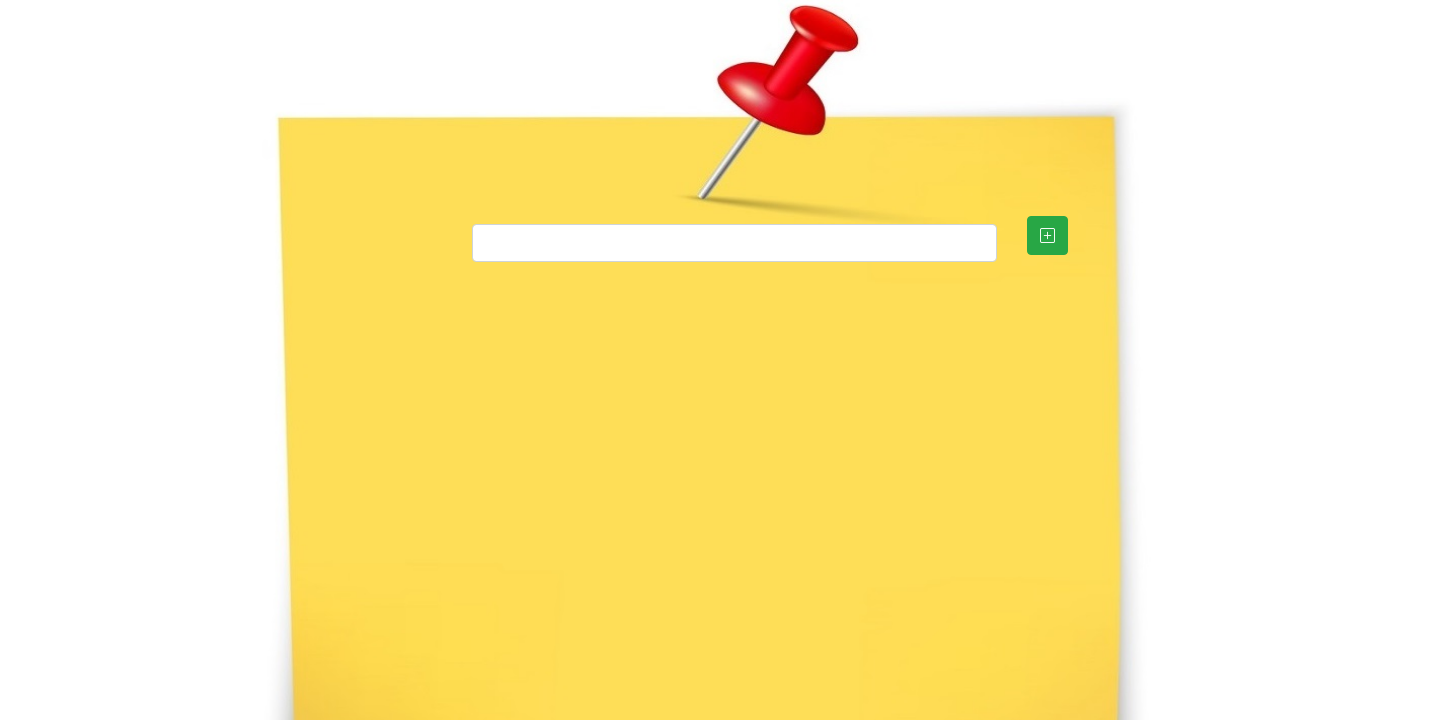
Repository: walaaElbasha/Todo-list-laravel
Page: http://localhost/tasks
An editor plug-in stored every save of this project. The page is shown before and after the next save, followed by the edit.
The browser window is 1280 px wide. The page is 1340 px wide, then 1440 px, so the pictures cover 1440 px, including what lies to the right of the window. The pictures show the whole page.
The page is served by the project's Laravel application, run on PHP 8.4 with Laravel 8. Other server files are loaded and not shown. Style sheets and scripts are compiled from the project's sources, by tool versions that may differ from the author's. Queries for data that is not in the repository find no rows.

Above is the page before, as saved 2021-07-01 14:58:25.

### routes/web.php
<?php

use Illuminate\Support\Facades\Route;
use App\Http\Controllers\TaskController;
/*
|--------------------------------------------------------------------------
| Web Routes
|--------------------------------------------------------------------------
|
| Here is where you can register web routes for your application. These
| routes are loaded by the RouteServiceProvider within a group which
| contains the "web" middleware group. Now create something great!
|
*/

Route::get('/', function () {
    return view('welcome');
});

Route::get('/tasks', [TaskController::class, 'index'])->name('tasks.index');
Route::post('/tasks', [TaskController::class, 'store'])->name('tasks.store');
Route::get('/tasks/{task}/edit', [TaskController::class, 'edit'])->name('tasks.edit');
Route::put('/tasks/{task}', [TaskController::class, 'update'])->name('tasks.update');
Route::delete('/tasks/{task}', [TaskController::class, 'destroy'])->name('tasks.destroy');

### app/Http/Controllers/TaskController.php
<?php

namespace App\Http\Controllers;
use Illuminate\Http\Request;
use App\Http\Requests\TaskRequest;
use App\Models\Task;


class TaskController extends Controller

{

    public function index()
    {
        $allTasks = Task::paginate(4);

        return view('tasks.index', [
            'allTasks' => $allTasks
        ]);
    }

    public function edit($taskId)
    {
        $task = Task::find($taskId);
        return view('tasks.edit', [
            'task' => $task,
        ]);
    }
    public function update($taskId, TaskRequest $request)
    {


        // $requestData = $request->all();

        // $task = Task::find($taskId);
        // $task->update($requestData);
        // $task->save();

        $requestData = $request->all();
        $task = Task::find($taskId);
        $task->update($requestData);
        $task->save();
        return redirect()->route('tasks.index')->with('success', "TODO updated successfully!");
    }

    public function destroy($taskId)
    {

        $task = Task::findorfail($taskId);

        $task->delete();
        return redirect()->route('tasks.index');
    }



    public function store(TaskRequest $request)
    {

        // $requestData = $request->all();
        // Task::create($requestData);

        $task = new Task;
        $task->name = $request->name;
        $task->save();
        return redirect()->route('tasks.index');
    }

}

### resources/views/tasks/index.blade.php
@extends('layouts.app')

@section('content')

<!-- Bootstrap Boilerplate... -->
<div>

    <div class="container" style="margin:200px">

        <!-- Display Validation Errors -->
        <table>
            <ul >
                @foreach($allTasks as $task)


                <tr>
                    <td style="width:600px">
                        <div style="display:flex">
                            <!-- <div style="justify-content:flex-start"> -->
                            <li>
                                {{ $task->name}}

                            </li>
                    </td>
                    <td>
                        <!-- </div> -->
                        <div style="justify-content:flex-end">

                            <a href="{{ route('tasks.edit',['task' => $task['id']]) }}" class="btn btn-secondary" style="margin-bottom: 20px;"><i class="bi bi-pencil-square"></i>


                            </a>

                            <form style="display:inline" method="POST" action="{{route('tasks.destroy',['task' => $task['id']])}}">
                                @csrf
                                @method('DELETE')
                                <button onclick="return confirm('Are you sure?')" class="btn btn-danger" type="submit" style="margin-bottom: 20px;"><i class="bi bi-trash-fill"></i></button>
                            </form>
                        </div>
    </div>
    <br>
    </td>

    </tr>


    @endforeach
    </ul>
    </table>
    <!-- New Task Form -->
    <form action="{{ route('tasks.store') }}" method="POST" class="form-horizontal">
        @csrf

        <!-- Task Name -->
        <div class="form-group">
            <div class="text-center" style="display:flex; justify-content:center; align-items:center">
                {{$allTasks->links("pagination::bootstrap-4")}}

            </div>

            @if($errors->any())
            <div class="alert alert-danger">
                <ul>
                    @foreach ($errors->all() as $error)
                    <li>{{ $error }}</li>
                    @endforeach
                </ul>
            </div>
            @endif
            <div style="display:flex; justify-content:center; align-items:center">
                <div class="col-sm-6">
                    <input type="text" name="name" id="name" class="form-control">
                </div>

                <div class="form-group">
                    <div class="col-sm-offset-3 col-sm-6">
                        <button type="submit" class="btn btn-success">
                            <span style="font-size:15px"><i class="bi bi-plus-square"></i> </span>
                        </button>
                    </div>
                </div>
            </div>
        </div>
    </form>
</div>
</div>



<!-- TODO: Current Tasks -->
@endsection

### resources/views/layouts/app.blade.php
<!DOCTYPE html>
<html lang="en">

<head>
    <meta charset="utf-8">
    <meta name="viewport" content="width=device-width, initial-scale=1">

    <!-- CSRF Token -->
    <meta name="csrf-token" content="{{ csrf_token() }}">

    <title>{{ config('app.name', 'All Tasks') }}</title>

    <!-- Scripts -->
    <script src="{{ asset('js/app.js') }}" defer></script>

    <!-- Fonts -->
    <link rel="dns-prefetch" href="//fonts.gstatic.com">
    <link href="https://fonts.googleapis.com/css?family=Nunito" rel="stylesheet">

    <!-- Styles -->
    <link href="{{ asset('css/app.css') }}" rel="stylesheet">
    <link rel="stylesheet" href="https://cdn.jsdelivr.net/npm/bootstrap@4.6.0/dist/css/bootstrap.min.css" integrity="sha384-B0vP5xmATw1+K9KRQjQERJvTumQW0nPEzvF6L/Z6nronJ3oUOFUFpCjEUQouq2+l" crossorigin="anonymous">
    <link rel="stylesheet" href="path/to/font-awesome/css/font-awesome.min.css">
    <link rel="stylesheet" href="https://cdn.jsdelivr.net/npm/bootstrap-icons@1.5.0/font/bootstrap-icons.css">
</head>


<body style="background-image: url('sticky.jpg')  ; background-repeat: no-repeat;
  background-size: 1400px 950px;">
    <div class="container">
        <nav class="navbar navbar-default">
            <!-- Navbar Contents -->
        </nav>
    </div>

    @yield('content')

</body>

</html>

Loaded but not shown: app/Http/Controllers/Controller.php (common file); app/Models/Task.php (common file); resources/sass/app.scss (common file); resources/sass/_variables.scss (common file)

After the next save:
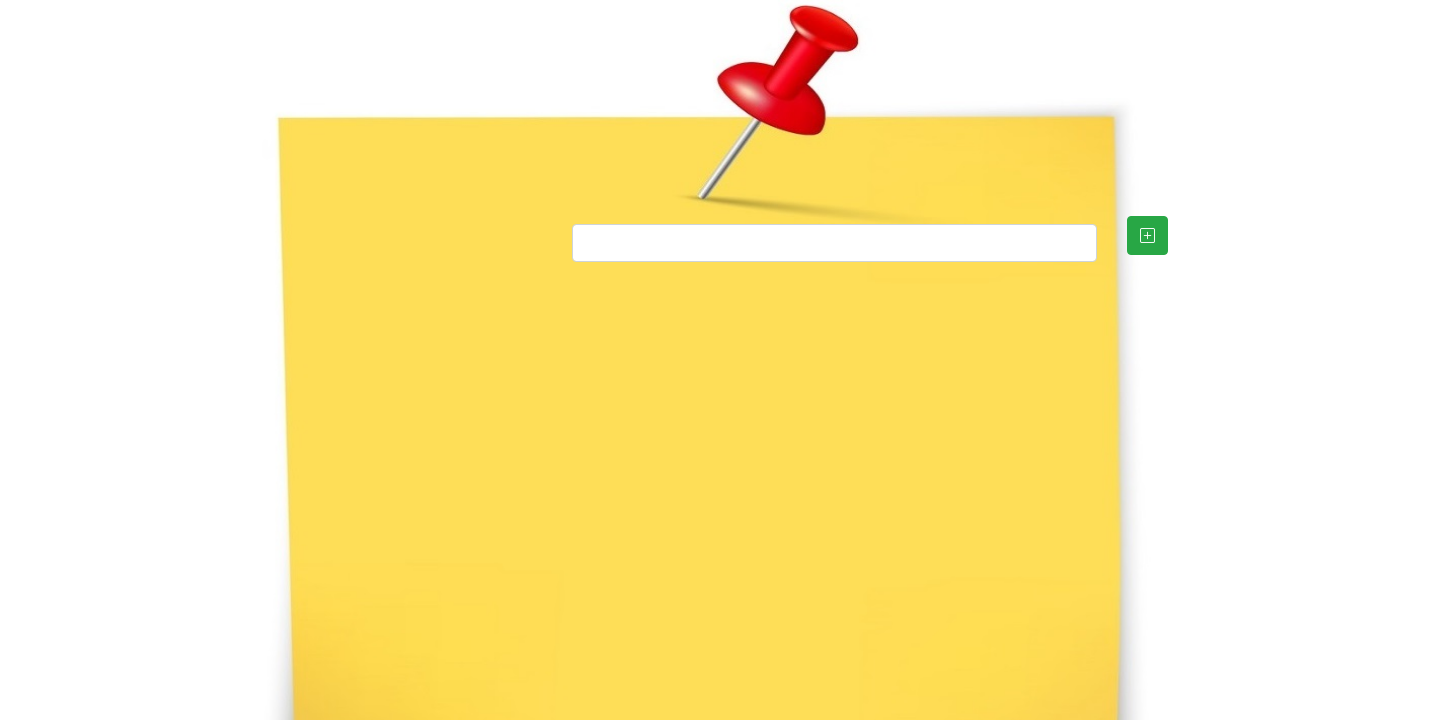
Saved 30 s later.
--- a/resources/views/tasks/index.blade.php
+++ b/resources/views/tasks/index.blade.php
@@ -5,7 +5,7 @@
 <!-- Bootstrap Boilerplate... -->
 <div>
 
-    <div class="container" style="margin:200px">
+    <div class="container" style="margin-top:200px; margin-left:300px" >
 
         <!-- Display Validation Errors -->
         <table>
